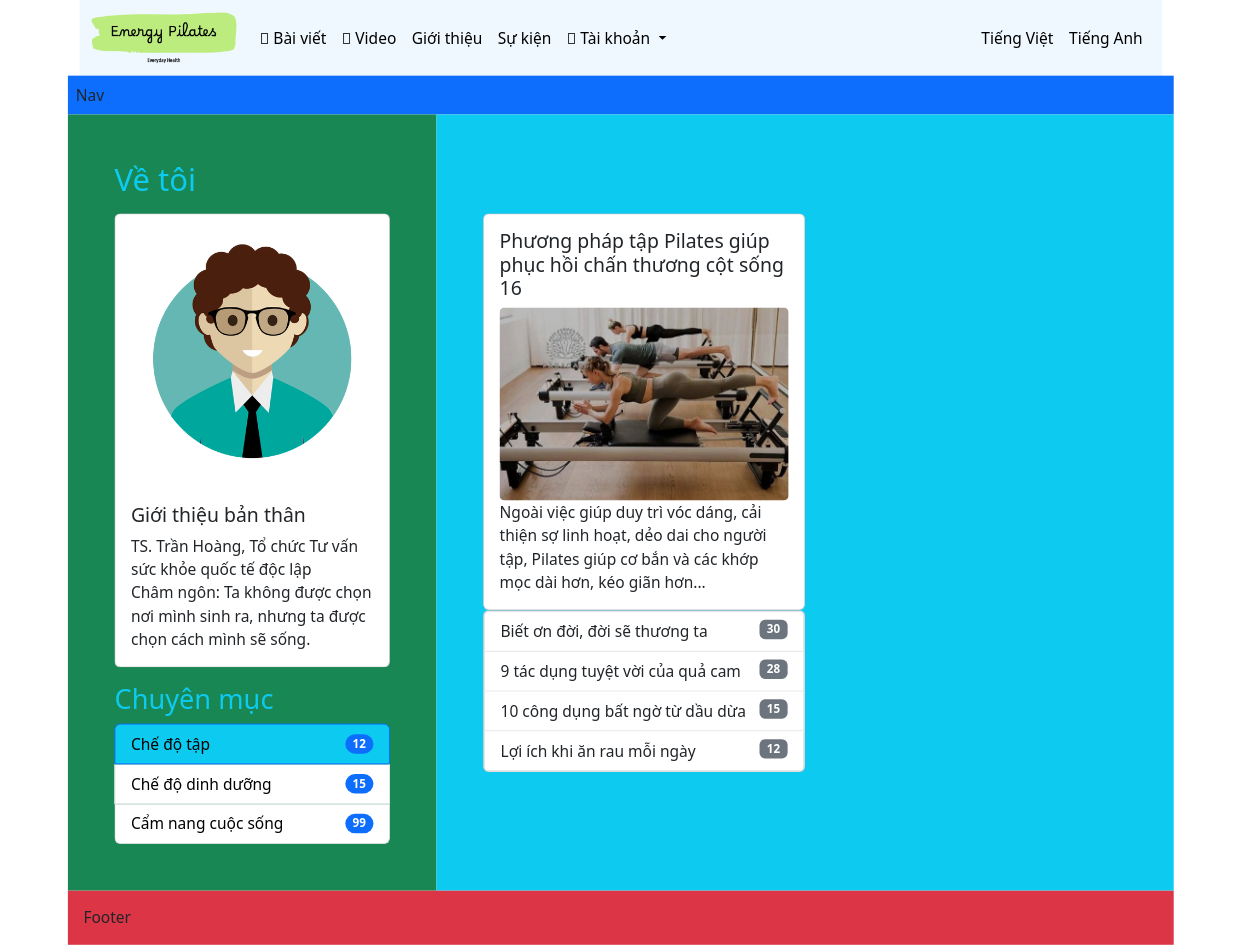
Repository: KizukoHeiwa/SOF308
Page: Lab1/index.html
These files come from the project's save history. The page is drawn as it stood at one moment and after a run of saves; the edit follows.
The browser window is 1280 px wide. The pictures show the whole page, at 97% of full size.

Above is the page before, as saved 2024-10-31 10:32:47.

After the next 2 saves:
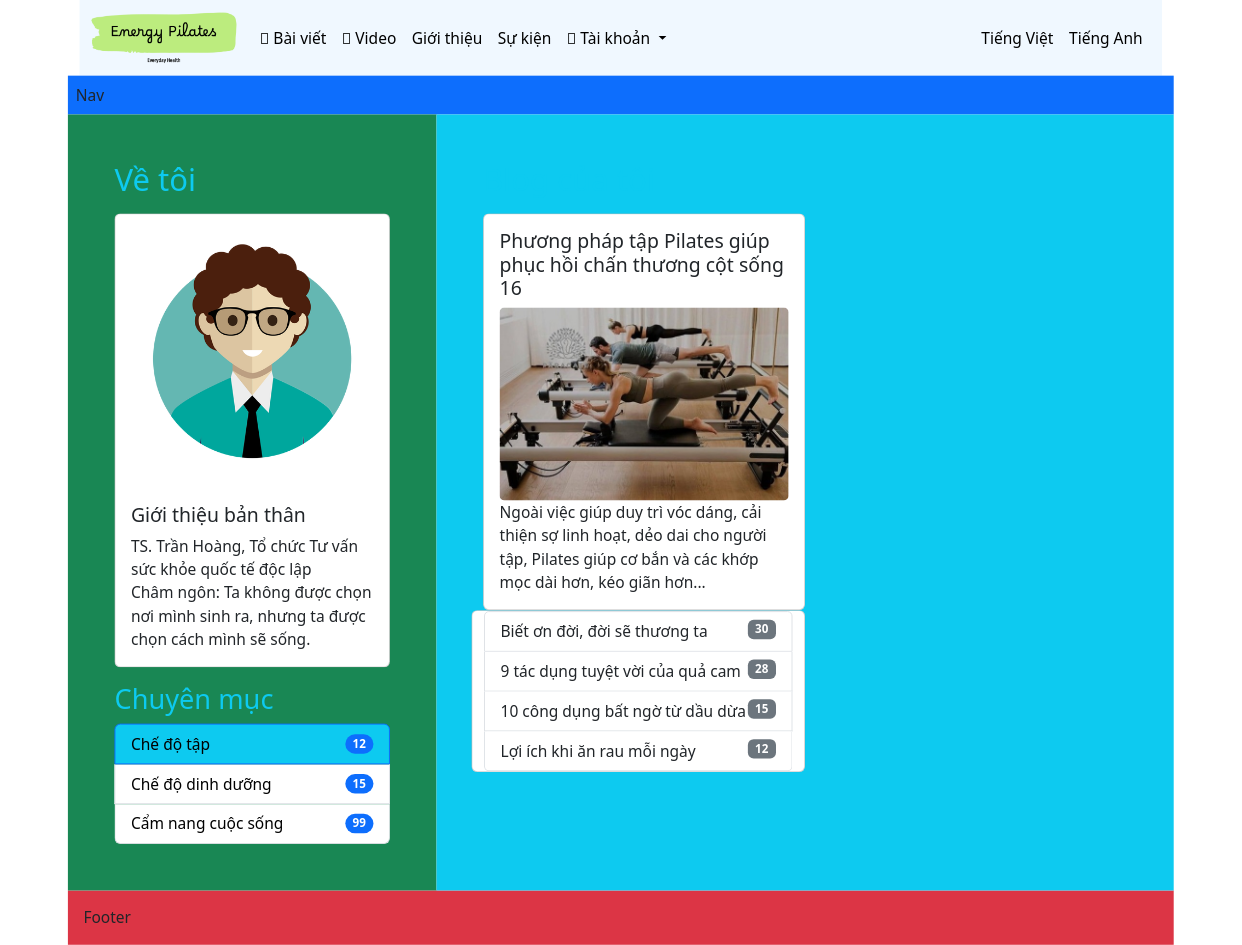
The 2 saves are shown as one change because they came seconds apart.
The last was saved 8 s later.
--- a/Lab1/index.html
+++ b/Lab1/index.html
@@ -113,27 +113,26 @@
                         </div>
                     </div>
                     <div class="row">
-
-                    </div>
-                    <div class="card col-sm-6">
-                        <ul class="list-group">
-                            <li class="list-group-item d-flex justify-content-between align-items-start">
-                                Biết ơn đời, đời sẽ thương ta
-                                <span class="badge bg-secondary">30</span>
-                            </li>
-                            <li class="list-group-item d-flex justify-content-between align-items-start">
-                                9 tác dụng tuyệt vời của quả cam
-                                <span class="badge bg-secondary">28</span>
-                            </li>
-                            <li class="list-group-item d-flex justify-content-between align-items-start">
-                                10 công dụng bất ngờ từ dầu dừa
-                                <span class="badge bg-secondary">15</span>
-                            </li>
-                            <li class="list-group-item d-flex justify-content-between align-items-start">
-                                Lợi ích khi ăn rau mỗi ngày
-                                <span class="badge bg-secondary">12</span>
-                            </li>
-                        </ul>
+                        <div class="card col-sm-6">
+                            <ul class="list-group">
+                                <li class="list-group-item d-flex justify-content-between align-items-start">
+                                    Biết ơn đời, đời sẽ thương ta
+                                    <span class="badge bg-secondary">30</span>
+                                </li>
+                                <li class="list-group-item d-flex justify-content-between align-items-start">
+                                    9 tác dụng tuyệt vời của quả cam
+                                    <span class="badge bg-secondary">28</span>
+                                </li>
+                                <li class="list-group-item d-flex justify-content-between align-items-start">
+                                    10 công dụng bất ngờ từ dầu dừa
+                                    <span class="badge bg-secondary">15</span>
+                                </li>
+                                <li class="list-group-item d-flex justify-content-between align-items-start">
+                                    Lợi ích khi ăn rau mỗi ngày
+                                    <span class="badge bg-secondary">12</span>
+                                </li>
+                            </ul>
+                        </div>
                     </div>
                 </div>
             </article>
